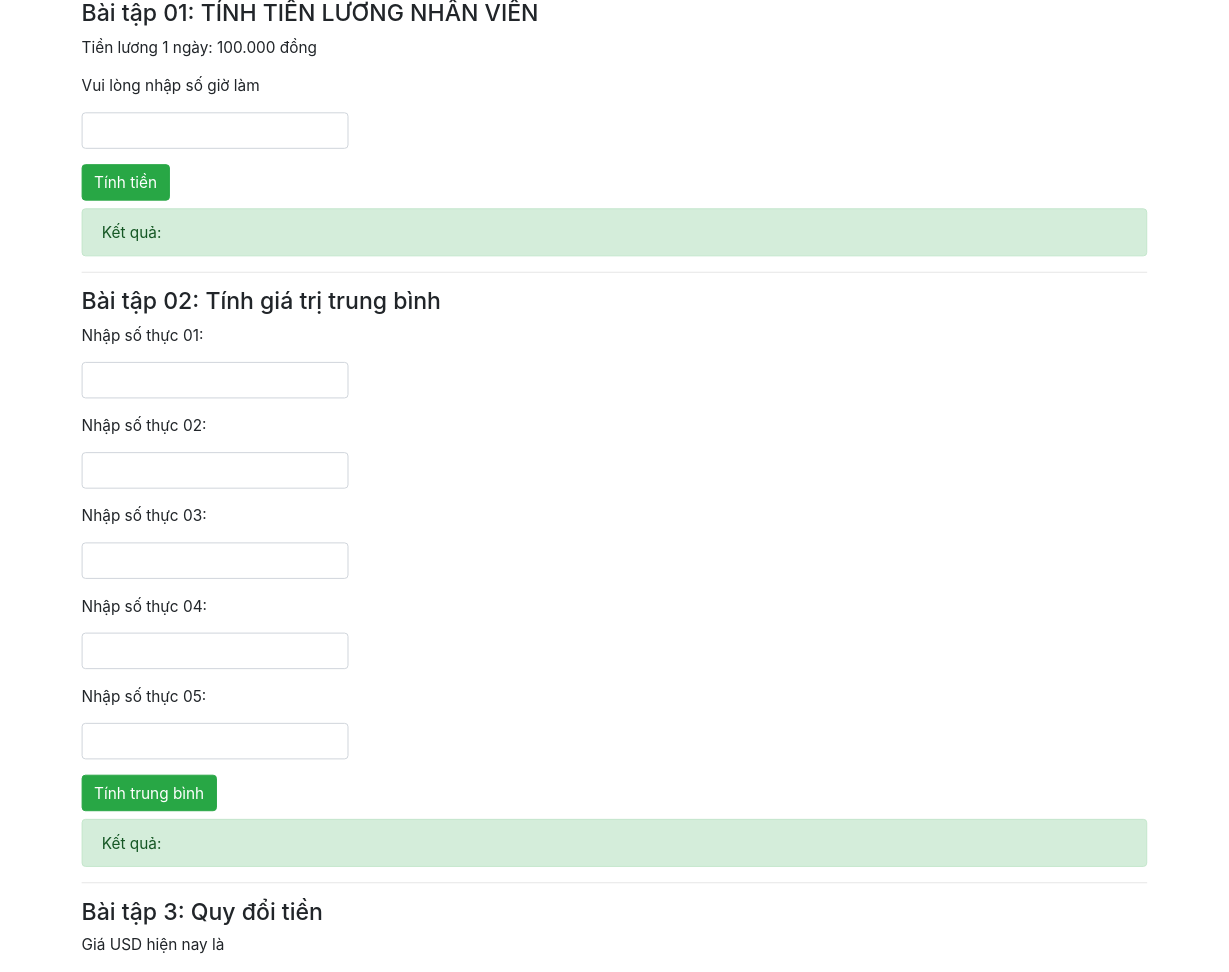
Repository: ducdatit2002/javascript-tinh-day13
Page: index.html
An editor plug-in stored every save of this project. The page is shown before and after a run of saves, followed by the edit.
The browser window is 1280 px wide. The pictures show the whole page, at 96% of full size.

Above is the page before, as saved 2023-08-14 00:22:31.

### index.html
<!DOCTYPE html>
<html lang="en">
  <head>
    <title>Bài tập JS Buổi 13</title>
    <!-- Required meta tags -->
    <meta charset="utf-8" />
    <meta
      name="viewport"
      content="width=device-width, initial-scale=1, shrink-to-fit=no"
    />

    <!-- Bootstrap CSS -->
    <link
      rel="stylesheet"
      href="https://stackpath.bootstrapcdn.com/bootstrap/4.3.1/css/bootstrap.min.css"
      integrity="sha384-ggOyR0iXCbMQv3Xipma34MD+dH/1fQ784/j6cY/iJTQUOhcWr7x9JvoRxT2MZw1T"
      crossorigin="anonymous"
    />
  </head>
  <body>
    <div class="container">
      <!-- Bài 1: TÍNH TIỀN LƯƠNG NHÂN VIÊN -->
      <div class="form-group">
        <h4>Bài tập 01: TÍNH TIỀN LƯƠNG NHÂN VIÊN</h4>
        <div class="form-group">
          <p>Tiền lương 1 ngày: 100.000 đồng</p>
        </div>
        <div class="form-group">
          <p>Vui lòng nhập số giờ làm</p>
          <input id="soGioLam" class="form-control w-25" />
        </div>
        <button
          onclick="tinhTongLuong()"
          id="btnTinhTien"
          class="btn btn-success"
        >
          Tính tiền
        </button>
        <div class="mt-2 alert alert-success">
          Kết quả: <span id="tongLuong"></span>
        </div>
      </div>
      <hr />
      <!-- Bài 2: TÍNH GIÁ TRỊ TRUNG BÌNH -->
      <div class="form-group">
        <h4>Bài tập 02: Tính giá trị trung bình</h4>
        <div class="form-group">
          <p>Nhập số thực 01:</p>
          <input id="sothuc01" class="form-control w-25" />
        </div>
        <div class="form-group">
          <p>Nhập số thực 02:</p>
          <input id="sothuc02" class="form-control w-25" />
        </div>
        <div class="form-group">
          <p>Nhập số thực 03:</p>
          <input id="sothuc03" class="form-control w-25" />
        </div>
        <div class="form-group">
          <p>Nhập số thực 04:</p>
          <input id="sothuc04" class="form-control w-25" />
        </div>
        <div class="form-group">
          <p>Nhập số thực 05:</p>
          <input id="sothuc05" class="form-control w-25" />
        </div>
        <button
          onclick="tinhTrungBinh()"
          id="btnTrungBinh"
          class="btn btn-success"
        >
          Tính trung bình
        </button>
        <div class="mt-2 alert alert-success">
          Kết quả: <span id="trungBinh"></span>
        </div>
      </div>
      <hr>
      <!-- Bài 3: QUY ĐỔI TIỀN -->
      <div class="form-group">
        <h4>Bài tập 3: Quy đổi tiền</h4>
        <div class="form-group">
          <p>Giá USD hiện nay là </p>
        </div>
      </div>
    </div>

    <!-- Optional JavaScript -->
    <!-- jQuery first, then Popper.js, then Bootstrap JS -->
    <script
      src="https://code.jquery.com/jquery-3.3.1.slim.min.js"
      integrity="sha384-q8i/X+965DzO0rT7abK41JStQIAqVgRVzpbzo5smXKp4YfRvH+8abtTE1Pi6jizo"
      crossorigin="anonymous"
    ></script>
    <script
      src="https://cdnjs.cloudflare.com/ajax/libs/popper.js/1.14.7/umd/popper.min.js"
      integrity="sha384-UO2eT0CpHqdSJQ6hJty5KVphtPhzWj9WO1clHTMGa3JDZwrnQq4sF86dIHNDz0W1"
      crossorigin="anonymous"
    ></script>
    <script
      src="https://stackpath.bootstrapcdn.com/bootstrap/4.3.1/js/bootstrap.min.js"
      integrity="sha384-JjSmVgyd0p3pXB1rRibZUAYoIIy6OrQ6VrjIEaFf/nJGzIxFDsf4x0xIM+B07jRM"
      crossorigin="anonymous"
    ></script>
    <script src="./index.js"></script>
  </body>
</html>

### index.js
// BÀI 1: TÍNH TIỀN LƯƠNG NHÂN VIÊN
function tinhTongLuong() {
  //input: tienluong1h, so gio lam:number
  var tienLuong = 100000;
  var soGioLam = document.getElementById("soGioLam").value;
  //Kiểm tra input
  // console.log(tienLuong);
  // console.log(soGioLam);

  let tongLuong = 0;

  //progress
  tongLuong = tienLuong * soGioLam;

  document.getElementById("tongLuong").innerHTML = tongLuong.toLocaleString();
}

// BÀI 2: TÍNH TRUNG BÌNH 5 SỐ THỰC
function tinhTrungBinh() {
  // Lấy giá trị của 5 số từ các phần tử input
  var sothuc01 = parseFloat(document.getElementById("sothuc01").value);
  var sothuc02 = parseFloat(document.getElementById("sothuc02").value);
  var sothuc03 = parseFloat(document.getElementById("sothuc03").value);
  var sothuc04 = parseFloat(document.getElementById("sothuc04").value);
  var sothuc05 = parseFloat(document.getElementById("sothuc05").value);

  // Tính giá trị trung bình
  var trungBinh = (sothuc01 + sothuc02 + sothuc03 + sothuc04 + sothuc05) / 5;

  // Hiển thị kết quả trung bình
  document.getElementById("trungBinh").innerHTML = trungBinh.toLocaleString();
}

After the next 2 saves:
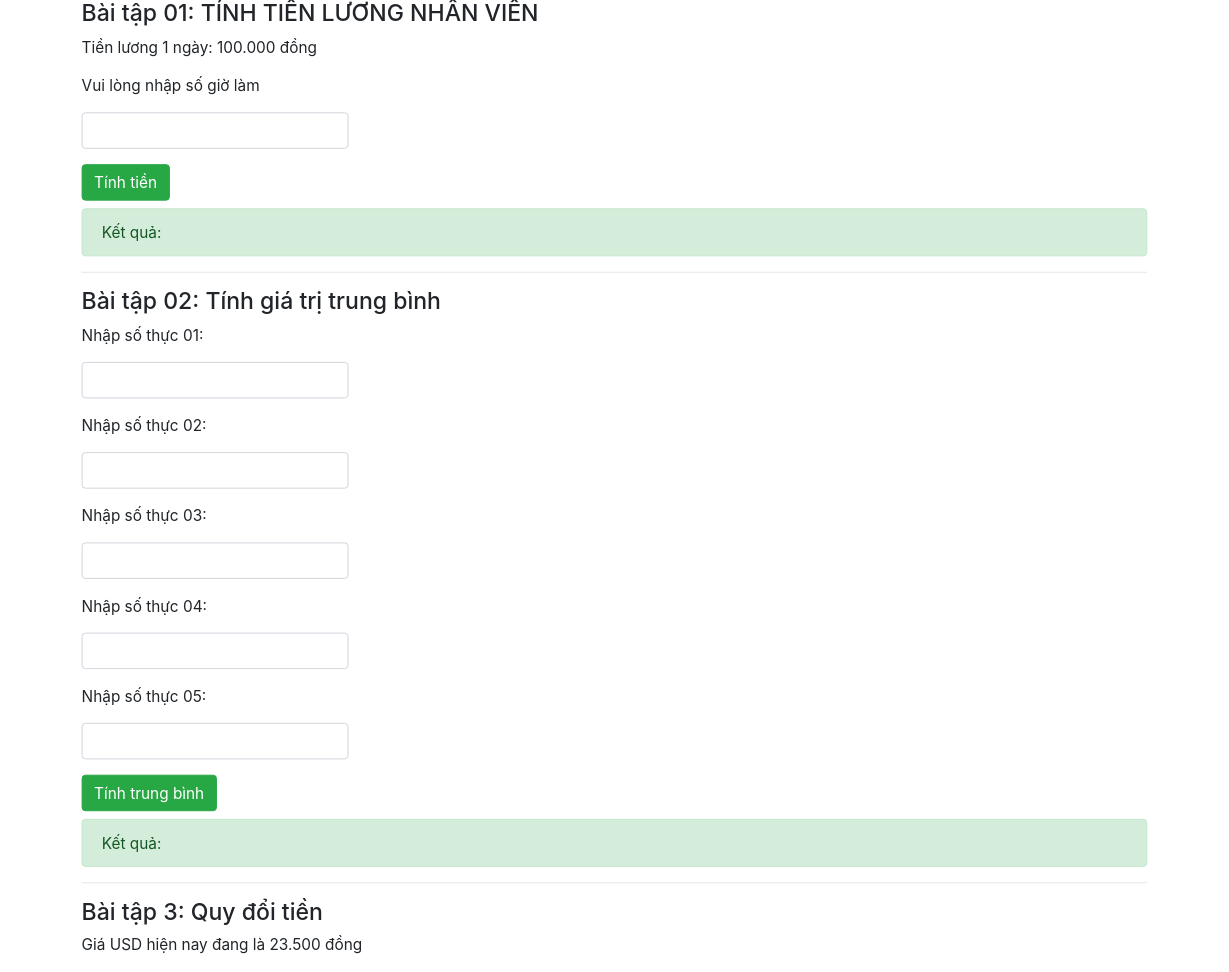
The 2 saves are shown as one change because they came seconds apart.
The last was saved 11 s later.
--- a/index.html
+++ b/index.html
@@ -80,7 +80,10 @@
       <div class="form-group">
         <h4>Bài tập 3: Quy đổi tiền</h4>
         <div class="form-group">
-          <p>Giá USD hiện nay là </p>
+          <p>Giá USD hiện nay đang là 23.500 đồng</p>
+        </div>
+        <div class="form-group">
+
         </div>
       </div>
     </div>
